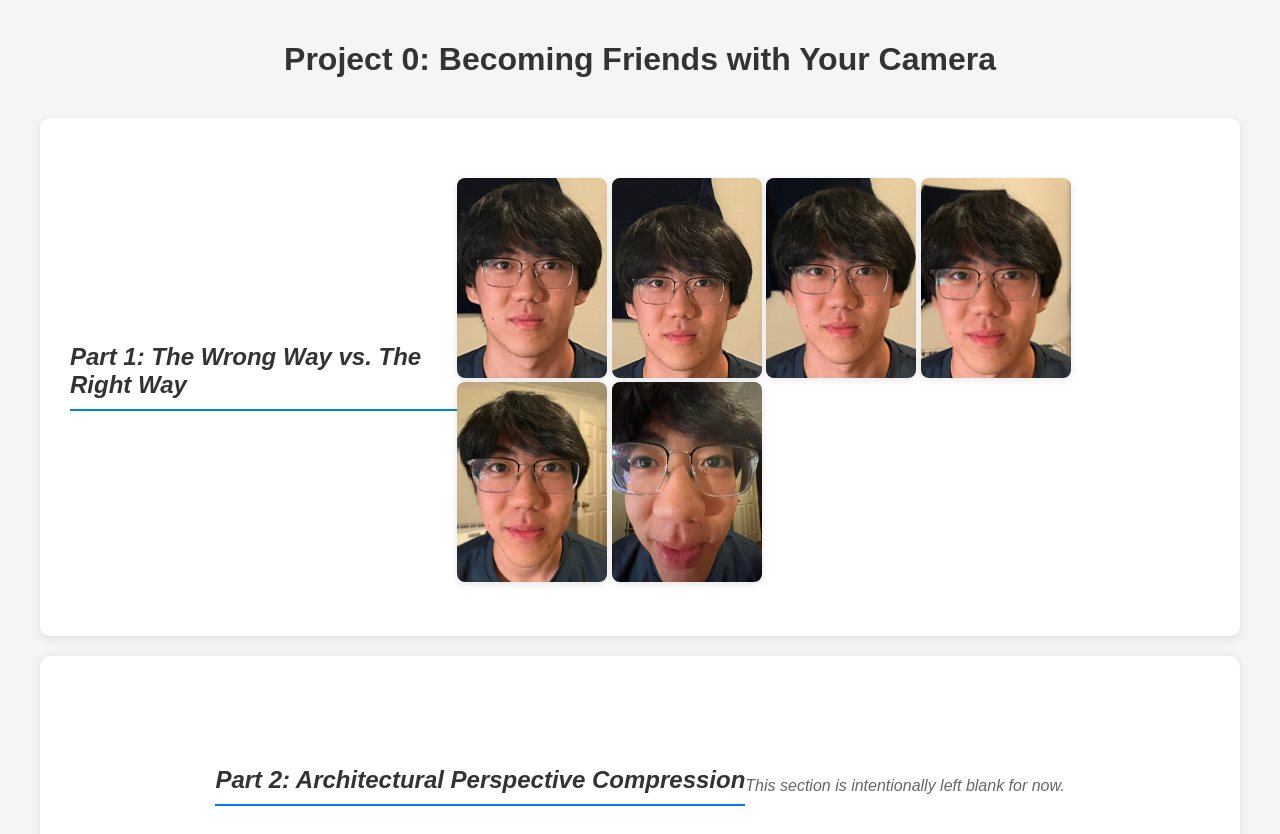
Repository: shuo-yuan/shuo-yuan.github.io
Page: 0/index.html
These files come from the project's save history. The page is drawn as it stood at one moment and after the next save; the edit follows.
The browser window is 1280 px wide. The pictures show the part of the page from y = 0 to 834 px (the page is 1458 px tall before and 1228 px after).
A picture or video elsewhere on the page could not be fetched, so the positions and the page height are approximate.

Above is the page before, as saved 2025-09-02 02:15:33.

### 0/index.html
<!DOCTYPE html>
<html lang="en">
<head>
    <meta charset="UTF-8">
    <meta name="viewport" content="width=device-width, initial-scale=1.0">
    <title>Project 0: Becoming Friends with Your Camera</title>
    <style>
        body {
            font-family: Arial, sans-serif;
            max-width: 1200px;
            margin: 0 auto;
            padding: 20px;
            background-color: #f5f5f5;
        }

        .part {
            background: white;
            margin: 20px 0;
            padding: 30px;
            border-radius: 10px;
            box-shadow: 0 2px 10px rgba(0,0,0,0.1);
        }

        .part h2 {
            color: #333;
            border-bottom: 2px solid #007bff;
            padding-bottom: 10px;
            margin-bottom: 20px;
        }

        .part1, .part2 {
            min-height: 200px;
            display: flex;
            align-items: center;
            justify-content: center;
            color: #666;
            font-style: italic;
        }

        .gif-container {
            text-align: center;
        }

        .gif-container img {
            max-width: 60%;
            height: auto;
            border-radius: 8px;
            box-shadow: 0 4px 15px rgba(0,0,0,0.2);
        }

        .gif-container p {
            margin-top: 15px;
            color: #666;
            font-size: 14px;
        }

        .selfie-row {
            display: block;
            justify-content: center;
            align-items: center;
            gap: 10px;
            margin: 30px 0 20px 0;
            flex-wrap: wrap;
        }

        .selfie-row img {
            max-width: 200px;
            max-height: 200px;
            width: auto;
            height: auto;
            border-radius: 8px;
            box-shadow: 0 2px 8px rgba(0,0,0,0.1);
            object-fit: cover;
        }
    </style>
</head>
<body>
    <h1 style="text-align: center; color: #333; margin-bottom: 40px;">Project 0: Becoming Friends with Your Camera</h1>

    <div class="part part1">
        <h2>Part 1: The Wrong Way vs. The Right Way</h2>
        <div class="selfie-row">
            <img src="media/selfie_5.jpg" alt="Selfie 5x">
            <img src="media/selfie_4.jpg" alt="Selfie 4x">
            <img src="media/selfie_3.jpg" alt="Selfie 3x">
            <img src="media/selfie_2.jpg" alt="Selfie 2x">
            <img src="media/selfie_1.jpg" alt="Selfie 1x">
            <img src="media/selfie_05.jpg" alt="Selfie 0.5x">
        </div>
    </div>

    <div class="part part2">
        <h2>Part 2: Architectural Perspective Compression</h2>
        <div class="part2">
            <p>This section is intentionally left blank for now.</p>
        </div>
    </div>

    <div class="part part3">
        <h2>Part 3: The Dolly Zoom</h2>
        <p style="text-align: center; margin-bottom: 20px; color: #333; font-size: 16px;">9 pictures are taken with 1x, 1.5x ... 4.5x, and 5x zoom with the orange juice size about the same across all the pictures.</p>
        <div class="gif-container">
            <img src="../0/media/recurring_animation.gif" alt="Recurring Animation GIF" onerror="this.style.display='none'; this.nextElementSibling.style.display='block';">
        </div>
    </div>
</body>
</html>

After the next save:
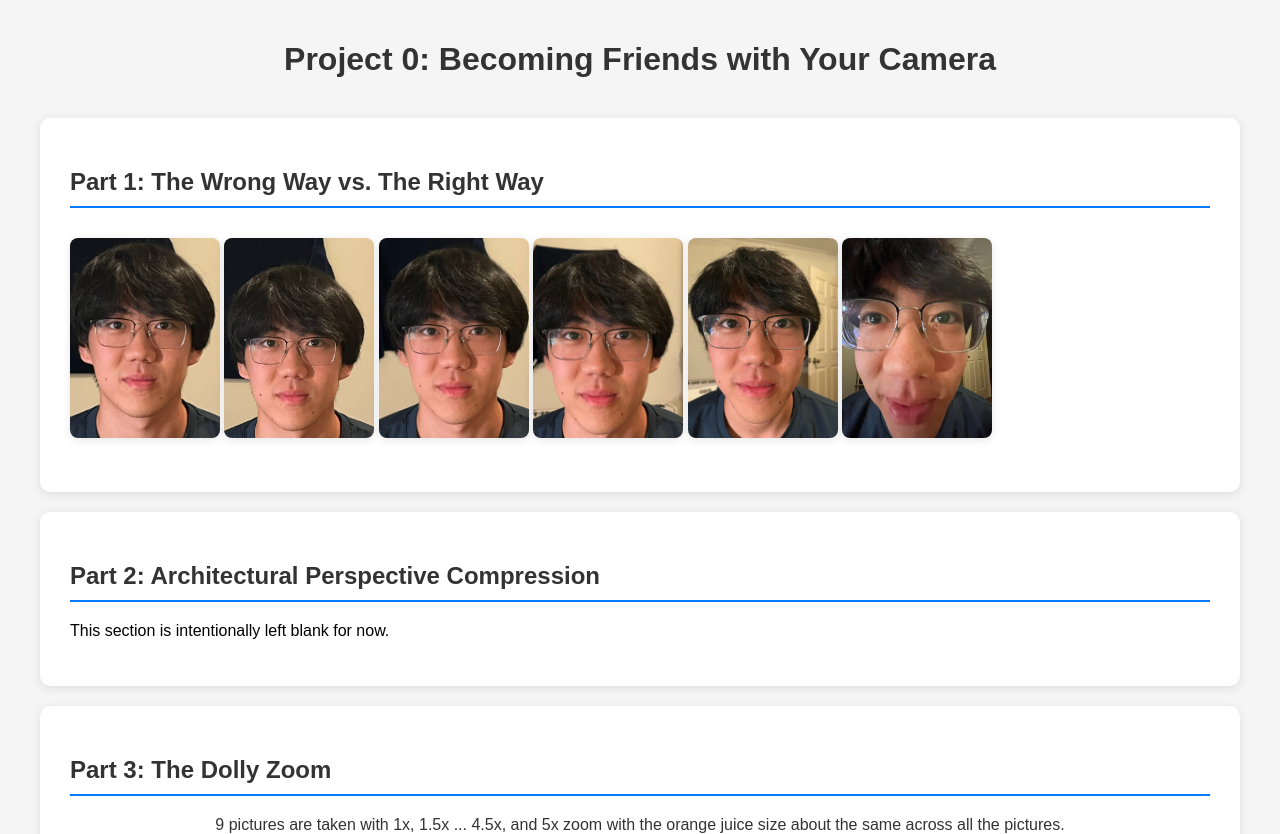
Saved 64 s later.
--- a/0/index.html
+++ b/0/index.html
@@ -28,14 +28,6 @@
             margin-bottom: 20px;
         }
 
-        .part1, .part2 {
-            min-height: 200px;
-            display: flex;
-            align-items: center;
-            justify-content: center;
-            color: #666;
-            font-style: italic;
-        }
 
         .gif-container {
             text-align: center;
